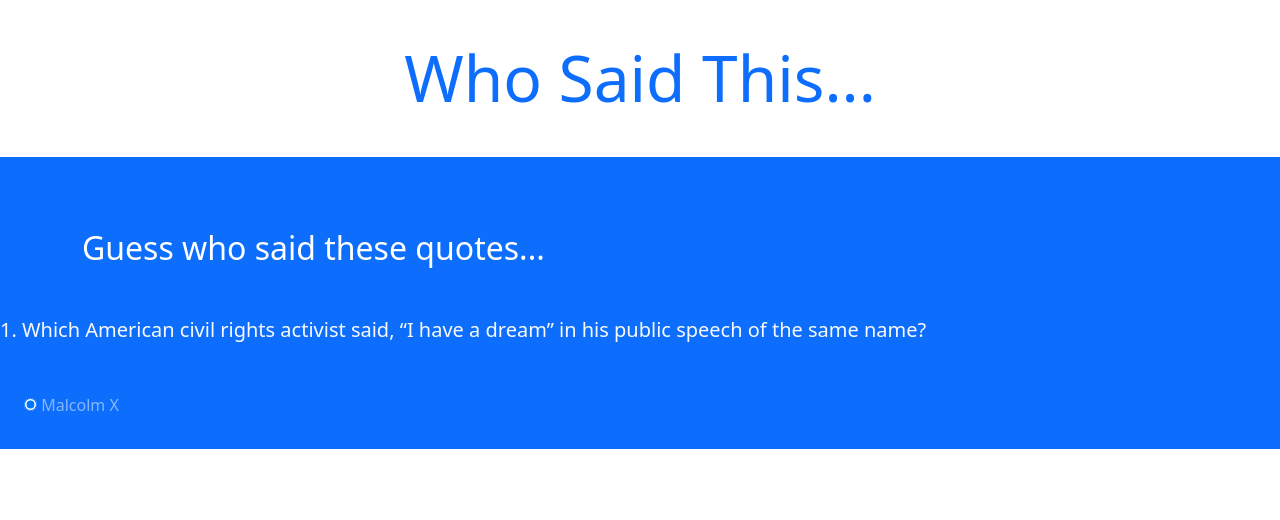
Repository: julihocc/netninja-quiz
Page: index.html
The author's editor kept a copy of each file at every save. The page is drawn from the files as they stood at one save, then again after the next save.
The browser window is 1280 px wide. The pictures show the whole page.

Above is the page before, as saved 2022-09-27 19:20:00.

After the next save:
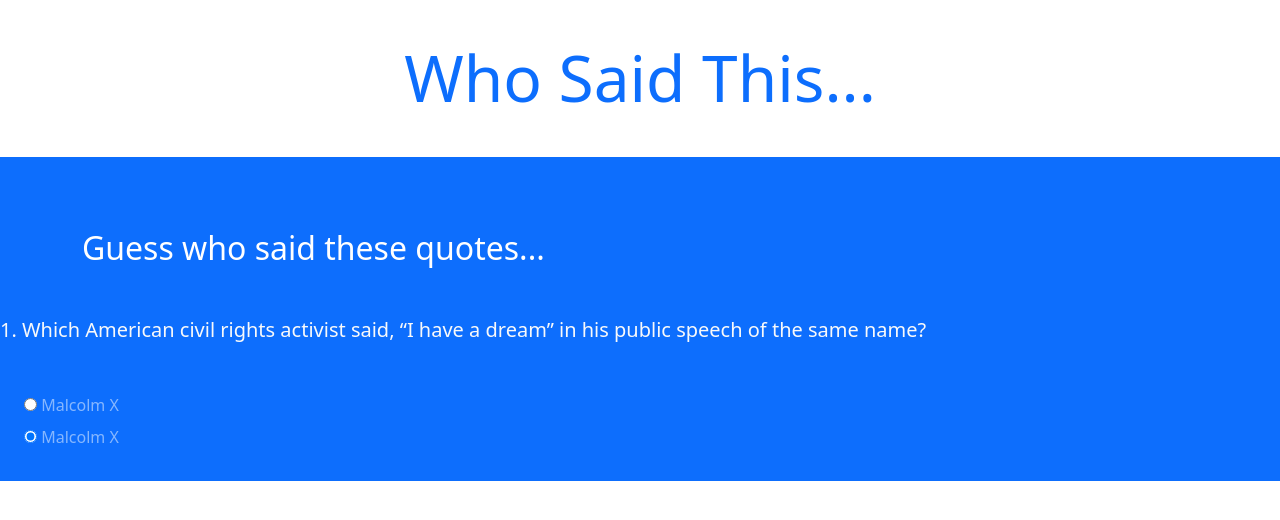
Saved 41 s later.
--- a/index.html
+++ b/index.html
@@ -42,6 +42,9 @@
             <div class="form-check my-2 text-white-50">
                 <input type="radio" name="q1" value="A" checked> <label for="" class="form-check-label">Malcolm X</label>
             </div>
+            <div class="form-check my-2 text-white-50">
+                <input type="radio" name="q1" value="A" checked> <label for="" class="form-check-label">Malcolm X</label>
+            </div>
         </form>
 
     </div>
